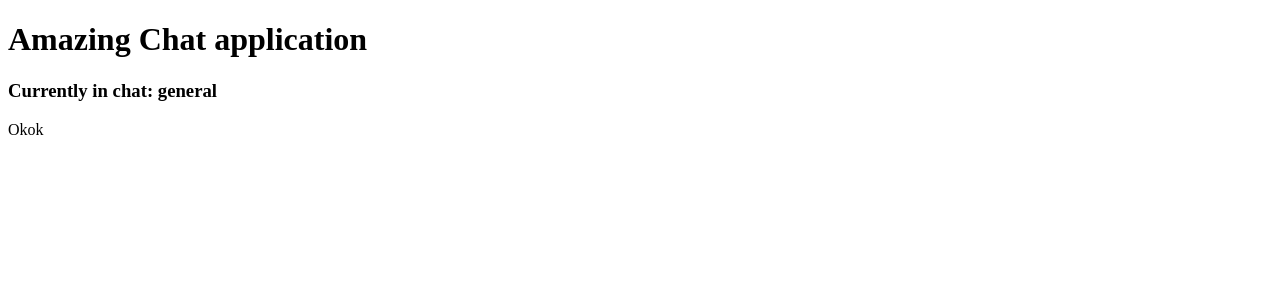
Repository: Lakshyyaa/SimpleWSserver
Page: frontend/index.html
These files come from the project's save history. The page is drawn as it stood at one moment and after a run of saves; the edit follows.
The browser window is 1280 px wide. The pictures show the whole page.

Above is the page before, as saved 2024-10-30 13:25:13.

### frontend/index.html
<!DOCTYPE html>
<html lang="en">
<head>
    <meta charset="UTF-8">
    <meta name="viewport" content="width=device-width, initial-scale=1.0">
    <title>websockets</title>
</head>
<body>
    <div class="center">
        <h1>Amazing Chat application</h1>
        <h3>Currently in chat: general</h3>
    </div>
    Okok
</body>
</html>

After the next 2 saves:
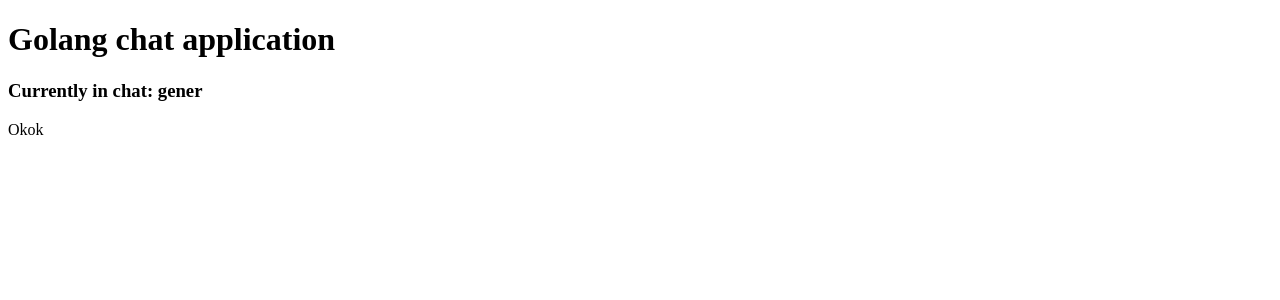
The 2 saves are shown as one change because they came seconds apart.
The last was saved 12 s later.
--- a/frontend/index.html
+++ b/frontend/index.html
@@ -7,8 +7,8 @@
 </head>
 <body>
     <div class="center">
-        <h1>Amazing Chat application</h1>
-        <h3>Currently in chat: general</h3>
+        <h1>Golang chat application</h1>
+        <h3>Currently in chat: gener</h3>
     </div>
     Okok
 </body>
